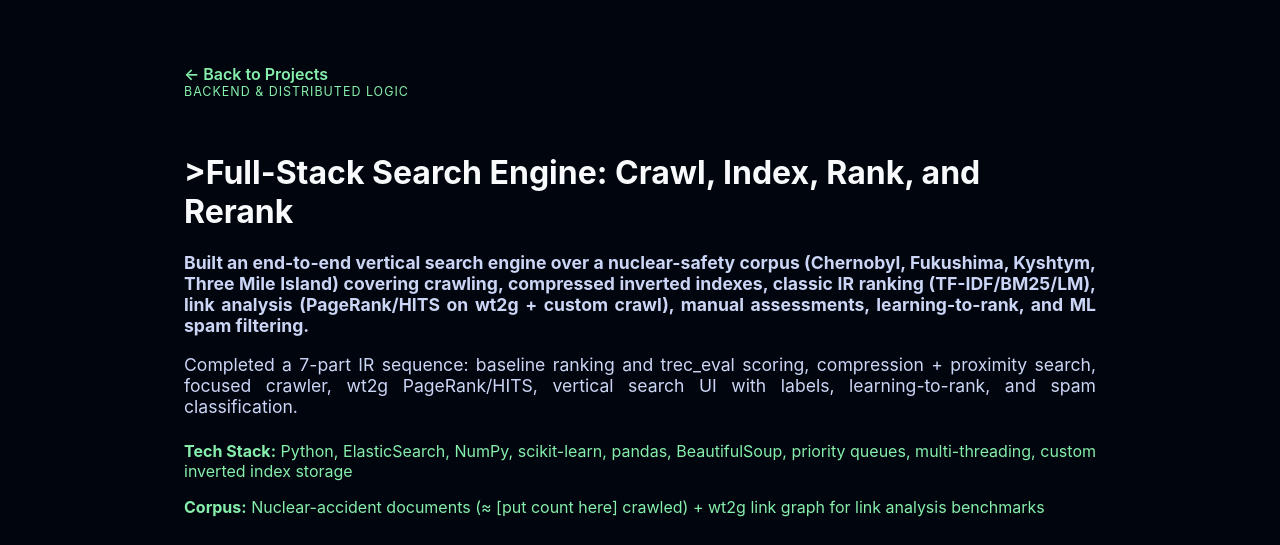
Repository: Abdulaziz-04/Abdulaziz-04.github.io
Page: deepdives/backend_systems/search_engine/search_engine.html
These files come from the project's save history. The page is drawn as it stood at one moment and after the next save; the edit follows.
The browser window is 1280 px wide. The pictures show the part of the page from y = 0 to 545 px (the page is 4217 px tall).
A picture or video elsewhere on the page could not be fetched, so the positions and the page height are approximate.

Above is the page before, as saved 2025-11-21 16:16:46.

### deepdives/backend_systems/search_engine/search_engine.html
<!DOCTYPE html>
<html lang="en">
  <head>
    <meta charset="UTF-8" />
    <meta name="viewport" content="width=device-width, initial-scale=1" />
    <title>Full-Stack Search Engine: Crawl, Index, Rank, and Rerank</title>
    <link rel="stylesheet" href="../../../assets/css/styles.css" />
  </head>

  <body class="project-detail-page">
    <header class="detail-hero">
      <a class="category-back" href="../../../projects/backend_systems.html">
        &larr; Back to Projects
      </a>

      <p
        class="category-pill"
        onclick="window.location.href='../../../projects/backend_systems.html'"
      >
        Backend &amp; Distributed Logic
      </p>
      <br />

      <h1>>Full-Stack Search Engine: Crawl, Index, Rank, and Rerank</h1>

      <p class="detail-summary">
        <b>
          Built an end-to-end vertical search engine over a nuclear-safety
          corpus (Chernobyl, Fukushima, Kyshtym, Three Mile Island) covering
          crawling, compressed inverted indexes, classic IR ranking
          (TF-IDF/BM25/LM), link analysis (PageRank/HITS on wt2g + custom
          crawl), manual assessments, learning-to-rank, and ML spam filtering.
        </b>
      </p>

      <p class="detail-summary">
        Completed a 7-part IR sequence: baseline ranking and trec_eval scoring,
        compression + proximity search, focused crawler, wt2g PageRank/HITS,
        vertical search UI with labels, learning-to-rank, and spam
        classification.
      </p>

      <ul class="detail-meta">
        <li>
          <strong>Tech Stack:</strong>
          Python, ElasticSearch, NumPy, scikit-learn, pandas, BeautifulSoup,
          priority queues, multi-threading, custom inverted index storage
        </li>
        <li>
          <strong>Corpus:</strong>
          Nuclear-accident documents (≈&nbsp;[put count here] crawled) + wt2g
          link graph for link analysis benchmarks
        </li>
      </ul>
    </header>

    <main class="section detail-content">
      <!-- HERO IMAGE -->
      <section class="detail-section detail-hero-gif">
        <figure class="gallery-item gallery-item--wide">
          <img
            src="./images/architecture-placeholder.png"
            alt="System architecture: crawler → indexer → ranker → reranker → UI"
            style="display: block; margin: 0 auto; max-width: 95%; height: auto"
          />
          <figcaption style="text-align: center">
            Architecture: focused crawler feeds compressed inverted indexes;
            BM25/TF-IDF for first-pass ranking; PageRank/HITS signals from wt2g
            and custom crawl; LTR and spam classifiers for reranking/filtering.
          </figcaption>
        </figure>
      </section>

      <!-- QUICK INSIGHTS -->
      <section class="detail-section">
        <h2>Quick insights</h2>
        <ul class="psr-list">
          <li>
            <strong>Goal:</strong>
            End-to-end search stack for a nuclear-accident vertical, evaluated
            with trec_eval metrics (AP, P@10/30).
          </li>
          <br />
          <li>
            <strong>Scope:</strong>
            7 builds: baseline BM25/LM with trec_eval (A1), index compression +
            proximity search (A2), focused crawler (A3), wt2g PageRank/HITS
            (A4), vertical search UI + labels (A5), learning-to-rank (A6), and
            spam classifier (A7).
          </li>
          <br />
          <li>
            <strong>Outcome:</strong>
            BM25 AP ≈ 0.31 (stemmed, A1/A2 via trec_eval); compressed index
            67.4&nbsp;MB vs 187&nbsp;MB decompressed (A2); proximity search AP
            0.2313 stemmed (A2); LTR precision up to 0.414 on test queries (A6);
            Logistic Regression on full unigrams led spam ROC-AUC (A7).
          </li>
        </ul>
      </section>

      <!-- SYSTEM OVERVIEW -->
      <section class="detail-section">
        <h2>System overview</h2>
        <p>
          Vertical search for nuclear accidents: crawls authoritative and news
          domains, indexes titles/body/metadata, ranks with BM25/LM, enriches
          with link signals (wt2g + crawl), and evaluates with human relevance
          labels and trec_eval.
        </p>

        <ul>
          <li>
            <b>Retrieval core:</b>
            Okapi TF, TF-IDF, BM25, Laplace LM, Jelinek-Mercer LM, plus ES
            baseline; BM25 led with AP ≈ 0.31 on stemmed corpus (trec_eval).
          </li>
          <br />
          <li>
            <b>Indexing &amp; compression:</b>
            Stemmed + compressed index shrank to 67.4&nbsp;MB (vs 187&nbsp;MB
            decompressed); tracked unstemmed and proximity variants for phrase
            queries.
          </li>
          <br />
          <li>
            <b>Crawling &amp; frontier:</b>
            Priority-queue frontier (BFS wave, keyword hits, inlink counts);
            canonicalization; robots.txt + 1s delay; collected ≈&nbsp;[put
            document count here] pages.
          </li>
          <br />
          <li>
            <b>Link analysis:</b>
            PageRank and HITS on wt2g (web test collection) and on the
            nuclear-accident crawl; wt2g gives reproducible baselines for hub
            and authority behavior.
          </li>
          <br />
          <li>
            <b>Evaluation &amp; LTR:</b>
            Manual labels (0/1/2) on vertical queries, scored with trec_eval
            (AP, P@10/30); learning-to-rank using five IR model scores + doc
            length, peaking at precision 0.414 on test queries.
          </li>
          <br />
          <li>
            <b>Spam classification:</b>
            Manual spam lexicon vs. full unigrams via CountVectorizer; models:
            Logistic Regression (L1), Decision Tree, Multinomial NB; full
            unigram Logistic delivered best ROC-AUC.
          </li>
        </ul>
      </section>

      <!-- RESPONSE EXAMPLES GALLERY -->
      <section class="detail-section detail-gallery">
        <h2>Sample outputs</h2>
        <div class="gallery-row gallery-row--two">
          <figure class="gallery-item">
            <a href="./images/search-results-placeholder.png" target="_blank">
              <img
                src="./images/search-results-placeholder.png"
                alt="Search results list with highlights and BM25 scores"
              />
            </a>
            <figcaption>
              BM25-ranked nuclear-accident results with snippet highlights.
            </figcaption>
          </figure>

          <figure class="gallery-item">
            <a href="./images/index-stats-placeholder.png" target="_blank">
              <img
                src="./images/index-stats-placeholder.png"
                alt="Index size comparison: compressed vs decompressed"
              />
            </a>
            <figcaption>
              Index size: 67.4&nbsp;MB compressed vs. 187&nbsp;MB decompressed
              (stemmed).
            </figcaption>
          </figure>
        </div>

        <div class="gallery-row gallery-row--two">
          <figure class="gallery-item">
            <a href="./images/ltr-placeholder.png" target="_blank">
              <img
                src="./images/ltr-placeholder.png"
                alt="Learning-to-rank precision chart"
              />
            </a>
            <figcaption>
              trec_eval precision curve; best test precision 0.414 (LTR).
            </figcaption>
          </figure>

          <figure class="gallery-item">
            <a href="./images/spam-roc-placeholder.png" target="_blank">
              <img
                src="./images/spam-roc-placeholder.png"
                alt="ROC curve for spam classifier"
              />
            </a>
            <figcaption>
              Spam classifier ROC-AUC: Logistic with full unigrams leads.
            </figcaption>
          </figure>
        </div>
      </section>

      <!-- ARCHITECTURE & DESIGN -->
      <section class="detail-section">
        <h2>Architecture and design choices</h2>
        <p>
          From reproducible benchmarks (wt2g + trec_eval) to vertical relevance:
          efficient storage, solid baselines, link signals, and ML reranking.
        </p>

        <ul>
          <li>
            <b>Index variants:</b>
            Stemmed/unstemmed, compressed/decompressed; proximity lists for
            phrase queries (proximity AP: 0.2313 stemmed vs. 0.1814 unstemmed,
            trec_eval).
          </li>
          <br />
          <li>
            <b>Candidate generation:</b>
            Heap-based top-k; cached doc-length norms; ES analyzers for
            stopwords/stemming consistency.
          </li>
          <br />
          <li>
            <b>Link signals:</b>
            PageRank (entropy convergence) and HITS on wt2g to validate
            algorithms; applied to the vertical crawl to surface hubs (often
            Wikipedia) and authorities (incident reports).
          </li>
          <br />
          <li>
            <b>Assessment loop:</b>
            3-point labels stored as space-separated text; trec_eval computes AP
            and P@k; aligns with TREC evaluation style from A1/A2.
          </li>
          <br />
          <li>
            <b>LTR features:</b>
            TF-IDF, Okapi-TF, BM25, Laplace, JM scores + doc length; per-query
            splits; train avg precision 0.297, test avg 0.269 (trec_eval).
          </li>
          <br />
          <li>
            <b>Spam pipeline:</b>
            Manual spam n-grams vs. full vocab; sparse matrices; Logistic,
            Decision Tree, Multinomial NB; unigrams outperform heuristics,
            showing coverage matters.
          </li>
        </ul>
      </section>

      <!-- EDGE CASES & ROBUSTNESS -->
      <section class="detail-section">
        <h2>Edge cases and robustness</h2>
        <p>Built for correctness on crawl, rank, and evaluate.</p>

        <ul>
          <li>
            <b>Canonicalization &amp; politeness:</b>
            Lowercasing, port stripping, fragment removal, duplicate slash
            cleanup; robots.txt honored; 1s inter-request delay; single-request
            per URL guard.
          </li>
          <br />
          <li>
            <b>Frontier fairness:</b>
            BFS wave + keyword hits + inlinks to avoid topic drift while
            prioritizing authoritative nuclear-accident pages.
          </li>
          <br />
          <li>
            <b>Query parsing:</b>
            Token normalization, length normalization; BM25 for stability on
            sparse queries; LM variants for recall on longer queries.
          </li>
          <br />
          <li>
            <b>Assessment UX:</b>
            Dropdown-enforced labels prevent empties; trec_eval-ready outputs
            keep evaluation reproducible.
          </li>
          <br />
          <li>
            <b>Model checks:</b>
            Tracked under/overfit via trec_eval precision bounds (0.1939–0.414);
            compared manual vs. full-vocab spam features for coverage.
          </li>
        </ul>
      </section>

      <!-- SCALING & FUTURE ENHANCEMENTS -->
      <section class="detail-section">
        <h2>Scaling and future enhancements</h2>
        <p>Ready to move from coursework to production demo.</p>

        <ul>
          <li>
            <b>Sharding &amp; cache:</b>
            Shard by domain/time; Redis for postings and query caches to lower
            P95 latency.
          </li>
          <br />
          <li>
            <b>Reranking depth:</b>
            LambdaMART/XGBoost with added features (PageRank, HITS, click
            priors); cross-validation over query folds.
          </li>
          <br />
          <li>
            <b>Quality signals:</b>
            Autocomplete (prefix tries), spell correction (k-grams), and better
            snippets (positional windows).
          </li>
          <br />
          <li>
            <b>Deployment:</b>
            Containerize crawler, indexer, API, UI; docker-compose for a
            single-node demo; add health checks/telemetry.
          </li>
          <br />
          <li>
            <b>Spam hardening:</b>
            Character n-grams for obfuscation, URL reputation features, and
            threshold tuning for precision/recall.
          </li>
        </ul>
      </section>

      <!-- IMPACT & LEARNINGS -->
      <section class="detail-section detail-impact">
        <h2>Impact and learnings</h2>
        <ul>
          <li>
            <b>IR depth:</b>
            Benchmarked on wt2g and trec_eval, then specialized to a vertical
            corpus; learned when BM25, proximity, and link signals win.
          </li>
          <br />
          <li>
            <b>Evaluation mindset:</b>
            Full loop: crawl → index → rank → label → trec_eval → iterate; AP
            and P@k as primary decision metrics.
          </li>
          <br />
          <li>
            <b>ML integration:</b>
            Blended sparse IR scores with text features for LTR and spam; tested
            manual heuristics versus full-vocab approaches.
          </li>
          <br />
          <li>
            <b>Systems thinking:</b>
            Modular stages (crawler, indexer, ranker, link analysis, LTR,
            spam)—each independently testable and scalable.
          </li>
        </ul>
      </section>
    </main>
  </body>
</html>

Loaded but not shown: assets/css/styles.css (941 lines, source omitted)

After the next save:
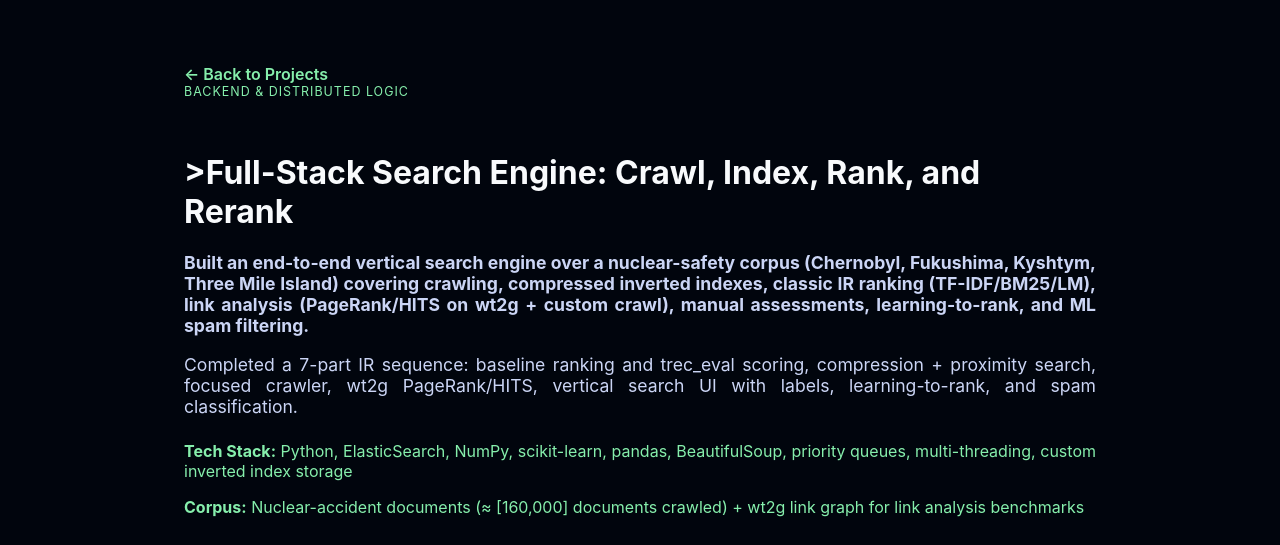
Saved 74 s later.
--- a/deepdives/backend_systems/search_engine/search_engine.html
+++ b/deepdives/backend_systems/search_engine/search_engine.html
@@ -48,7 +48,7 @@
         </li>
         <li>
           <strong>Corpus:</strong>
-          Nuclear-accident documents (≈&nbsp;[put count here] crawled) + wt2g
+          Nuclear-accident documents (≈&nbsp;[160,000] documents crawled) + wt2g
           link graph for link analysis benchmarks
         </li>
       </ul>
